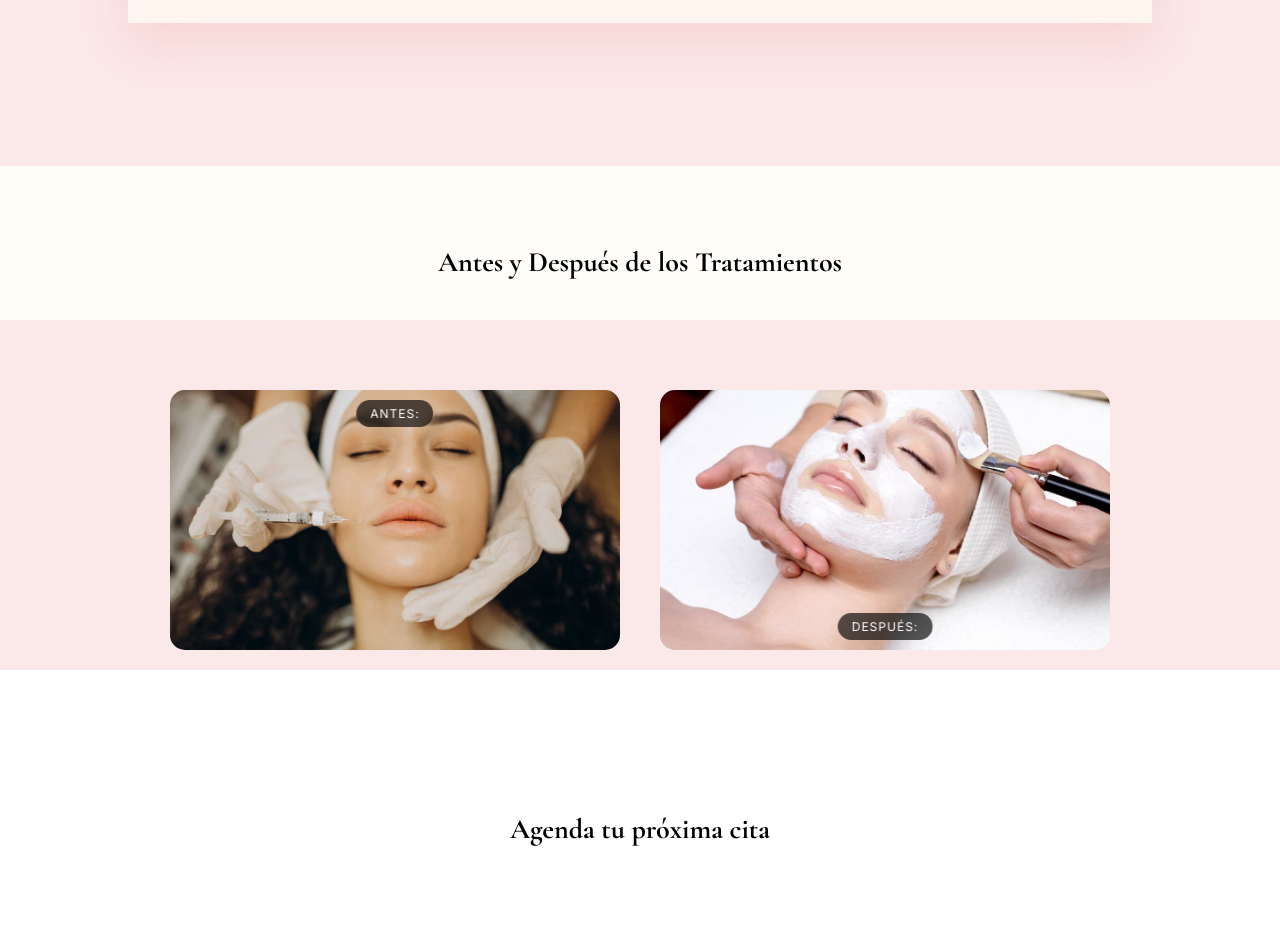
Repository: thiagobal1891-sudo/paginaweb
Page: index.html
These files come from the project's save history. The page is drawn as it stood at one moment and after the next save; the edit follows.
The browser window is 1280 px wide. The pictures show the part of the page from y = 1525 to 2477 px (the page is 3454 px tall before and 3495 px after).
Pictures or frames that could not be fetched are drawn as grey boxes. Some web fonts or font styles are not loaded; a fallback is used.

Above is the page before, as saved 2026-03-10 20:24:43.
Console error: ReferenceError: emailjs is not defined

After the next save:
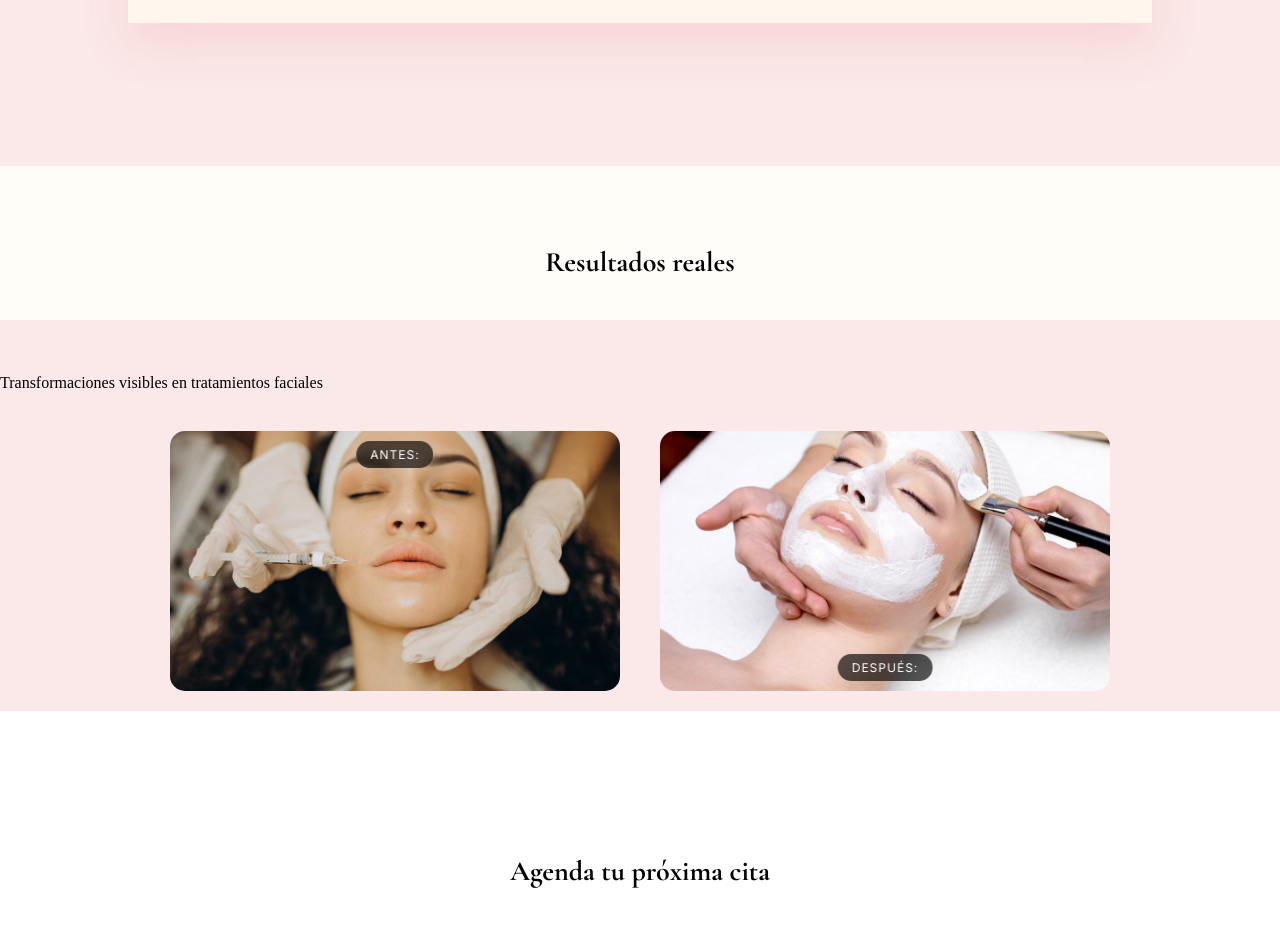
Saved 95 s later.
--- a/index.html
+++ b/index.html
@@ -146,7 +146,10 @@
 
   <section id="infocosmet" class="appear">
     <div class="carousel_infocosmet">
-      <h2>Antes y Después de los Tratamientos</h2>
+<div class="section-title">
+  <h2>Resultados reales</h2>
+  <p>Transformaciones visibles en tratamientos faciales</p>
+</div>
 <div class="carousel-track">
   <div class="slide">
     <div class="img-wrapper">
